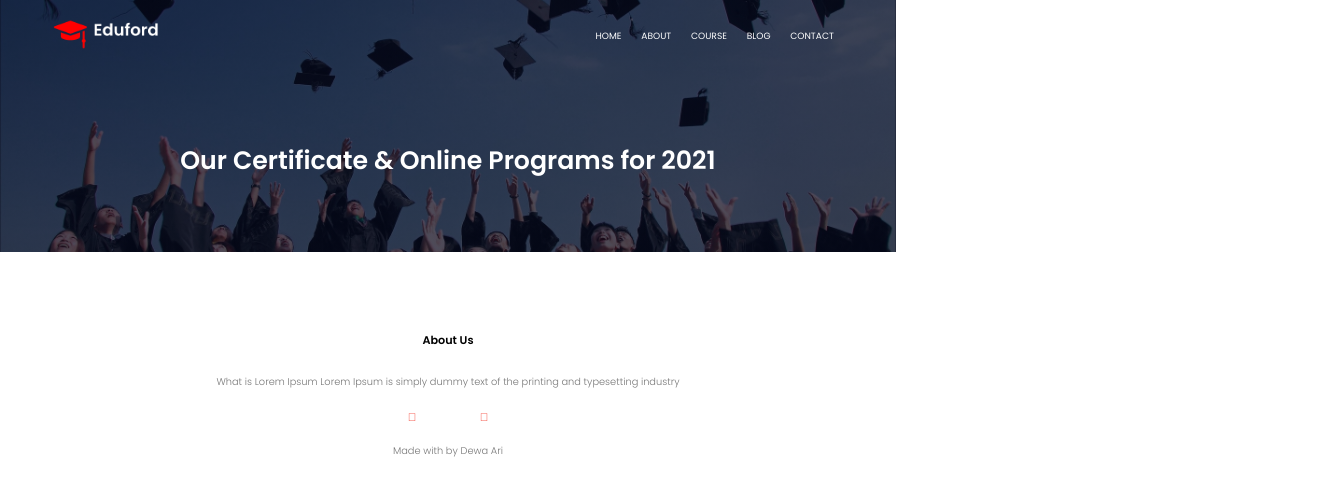
Repository: dewaary/company-profile
Page: blog.html
The author's editor kept a copy of each file at every save. The page is drawn from the files as they stood at one save, then again after the next save.
The browser window is 1280 px wide. The page is 1280 px wide, then 1920 px, so the pictures cover 1920 px, including what lies to the right of the window. The pictures show the part of the page from y = 0 to 1280 px (the page is 720 px tall before and 2014 px after), at 70% of full size.

Above is the page before, as saved 2021-05-07 23:45:09.

### blog.html
<!DOCTYPE html>
<html lang="en">

<head>
    <meta charset="UTF-8" />
    <meta http-equiv="X-UA-Compatible" content="IE=edge" />
    <meta name="viewport" content="width=device-width, initial-scale=1.0" />
    <title>University Website Design</title>
    <link rel="stylesheet" href="style.css" />
    <link rel="preconnect" href="https://fonts.gstatic.com" />
    <link href="https://fonts.googleapis.com/css2?family=Poppins:wght@200;300;400;600;700&display=swap"
        rel="stylesheet" />
    <link rel="stylesheet"
        href="https://cdn.jsdelivr.net/npm/@fortawesome/fontawesome-free@5.15.3/css/fontawesome.min.css" />
</head>

<body>
    <section class="sub-header">
        <nav>
            <a href="index.html"><img src="images/logo.png" /></a>
            <div class="nav-links" id="navLinks">
                <i class="fa fa-times" onclick="hideMenu()"></i>
                <ul>
                    <li><a href="">HOME</a></li>
                    <li><a href="">ABOUT</a></li>
                    <li><a href="">COURSE</a></li>
                    <li><a href="">BLOG</a></li>
                    <li><a href="">CONTACT</a></li>
                </ul>
            </div>
            <i class="fa fa-bars" onclick="showMenu()"></i>
        </nav>
        <h1>Our Certificate & Online Programs for 2021</h1>
    </section>

    <section class="blog-content">
        <div class="row">
            <div class="blog-left">

            </div>
            <div class="blog-right"></div>
        </div>
    </section>

    <section class="footer">
        <h4>About Us</h4>
        <p>
            What is Lorem Ipsum Lorem Ipsum is simply dummy text of the printing and
            typesetting industry
        </p>
        <div class="icons">
            <i class="fa fa-facebook"></i>
            <i class="fa fa-Twitter"></i>
            <i class="fa fa-Instagram"></i>
            <i class="fa fa-linkedin"></i>
        </div>
        <p>Made with <i class="fa fa-heart-0"></i>by Dewa Ari</p>
    </section>

    <!---- Javascript for Toggle Menu ---->
    <script>
        var navLinks = document.getElementById("navLinks");

        function showMenu() {
            navLinks.style.right = "0";
        }
        function hideMenu() {
            navLinks.style.right = "-200px";
        }
    </script>
</body>

</html>

### style.css
* {
  margin: 0;
  padding: 0;
  font-family: "Poppins", sans-serif;
}

.header {
  min-height: 100vh;
  width: 100%;
  background-image: linear-gradient(rgba(4, 9, 30, 0.7), rgba(4, 9, 30, 0.7)),
    url(images/banner.png);
  background-position: center;
  background-size: cover;
  position: relative;
}

nav {
  display: flex;
  padding: 2% 6%;
  justify-content: space-between;
  align-items: center;
}

nav img {
  width: 150px;
}

.nav-links {
  flex: 1;
  text-align: right;
}

.nav-links ul li {
  list-style: none;
  display: inline-block;
  padding: 8px 12px;
  position: relative;
}

.nav-links ul li a {
  color: #fff;
  text-decoration: none;
  font-size: 13px;
}

.nav-links ul li::after {
  content: "";
  width: 0%;
  height: 2px;
  background: #f44336;
  display: block;
  margin: auto;
  transition: 0.5s;
}

.nav-links ul li:hover::after {
  width: 100%;
}

.text-box {
  width: 90%;
  color: #fff;
  position: absolute;
  top: 50%;
  left: 50%;
  transform: translate(-50%, -50%);
  text-align: center;
}

.text-box h1 {
  font-size: 62px;
}

.text-box p {
  margin: 10px 0 40px;
  font-size: 14px;
  color: #fff;
}

.hero-btn {
  display: inline-block;
  text-decoration: none;
  color: #fff;
  border: 1px solid #fff;
  padding: 12px 34px;
  font-size: 13px;
  background: transparent;
  position: relative;
  cursor: pointer;
}

.hero-btn:hover {
  border: 1px solid #f44336;
  background: #f44336;
  transition: 1s;
}

nav .fa {
  display: none;
}

@media (max-width: 700px) {
  .text-box h1 {
    font-size: 20px;
  }

  .nav-links ul li {
    display: block;
  }
  .nav-links {
    position: absolute;
    background: #f44336;
    height: 100vh;
    width: 200px;
    top: 0;
    right: -200px;
    text-align: left;
    z-index: 2;
    transition: 1s;
  }

  nav .fa {
    display: block;
    color: #fff;
    margin: 10px;
    font-size: 22px;
    cursor: pointer;
  }

  .nav-links ul {
    padding: 30px;
  }
}

/*---- Course ------ */

.course {
  width: 80%;
  margin: auto;
  text-align: center;
  padding-top: 100px;
}

h1 {
  font-size: 36px;
  font-weight: 600;
}

p {
  color: #777;
  font-size: 14px;
  font-weight: 300;
  line-height: 22px;
  padding: 10px;
}

.row {
  margin-top: 5%;
  display: flex;
  justify-content: space-between;
}

.course-col {
  flex-basis: 31%;
  background: #fff3f3;
  border-radius: 10px;
  margin-bottom: 5%;
  padding: 20px 12px;
  box-sizing: border-box;
  transition: 0.5s;
}

h3 {
  text-align: center;
  font-weight: 600;
  margin: 10px 0;
}

.course-col:hover {
  box-shadow: 0 0 20px 0px rgba(0, 0, 0, 0.2);
}

@media (max-width: 700px) {
  .row {
    flex-direction: column;
  }
}

.campus {
  width: 80%;
  margin: auto;
  text-align: center;
  padding-top: 50px;
}

.campus-col {
  flex-basis: 32%;
  border-radius: 10px;
  margin-bottom: 30px;
  position: relative;
  overflow: hidden;
}
.campus-col img {
  width: 100%;
  display: block;
}

.layer {
  background: transparent;
  height: 100%;
  width: 100%;
  position: absolute;
  top: 0;
  left: 0;
  transition: 0.5s;
}

.layer:hover {
  background: rgba(226, 0, 0, 0.7);
}

.layer h3 {
  width: 100%;
  font-weight: 500;
  color: #fff;
  font-size: 26px;
  bottom: 0;
  left: 50%;
  transform: translateX(-50%);
  position: absolute;
  transition: 0.5s;
}

.layer:hover h3 {
  bottom: 49%;
  opacity: 1;
}

.facilities {
  width: 80%;
  margin: auto;
  text-align: center;
  padding-top: 100px;
}

.facilities-col {
  flex-basis: 31%;
  border-radius: 10px;
  margin-bottom: 5%;
  text-align: left;
}

.facilities-col img {
  width: 100%;
  border-radius: 10px;
}

.facilities-col p {
  padding: 0%;
}

.facilities-col h3 {
  margin-top: 16px;
  margin-bottom: 15px;
  text-align: left;
}

.testimonials {
  width: 80%;
  margin: auto;
  padding-top: 100px;
  text-align: center;
}

.testimonials-col {
  flex-basis: 44%;
  border-radius: 10px;
  margin-bottom: 5%;
  text-align: left;
  background: #fff3f3;
  padding: 25px;
  cursor: pointer;
  display: flex;
}

.testimonials-col img {
  height: 40px;
  margin-left: 5px;
  margin-right: 30px;
  border-radius: 50%;
}

.testimonials-col p {
  padding: 0;
}

.testimonials-col h3 {
  margin-top: 15px;
  text-align: left;
}

.testimonials-col .fa {
  color: #f44336;
}

@media (max-width: 700px) {
  .testimonials-col img {
    margin-left: 0px;
    margin-right: 15px;
  }
}

.cta {
  margin: 100px auto;
  width: 80%;
  background-image: linear-gradient(rgba(0, 0, 0, 0.7), rgba(0, 0, 0, 0.7)),
    url(images/banner2.jpg);
  background-position: center;
  background-size: cover;
  border-radius: 10px;
  text-align: center;
  padding: 100px 0;
}

.cta h1 {
  color: #fff;
  margin-bottom: 40px;
  padding: 0;
}

@media (max-width: 700px) {
  .cta h1 {
    font-size: 20px;
  }
}

.footer {
  width: 100%;
  text-align: center;
  padding: 30px 0;
}

.footer h4 {
  margin-bottom: 25px;
  margin-top: 20px;
  font-weight: 600;
}

.icons .fa {
  color: #f44336;
  margin: 0 13px;
  cursor: pointer;
  padding: 18px 0;
}

.fa-heart-0 {
  color: #f44336;
}

/*--------- About Us Page --------- */

.sub-header {
  height: 50vh;
  width: 100%;
  background-image: linear-gradient(rgba(4, 9, 30, 0.7), rgba(4, 9, 30, 0.7)),
    url(images/background.jpg);
  background-position: center;
  background-size: cover;
  text-align: center;
  color: #fff;
}

.sub-header h1{
  margin-top: 100px;
}

.about-us {
  width: 80%;
  margin: auto;
  padding-top: 80px;
  padding-bottom: 50px;
}

.about-col {
  flex-basis: 48%;
  padding: 30px 2px;
}

.about-col img{
  width: 100%;
}

.about-col h1{
  padding-top: 0;
}

.about-col p{
  padding: 15px 0 25px;
}

.red-btn {
  border: 1px solid #f44336;
  background: transparent;
  color: #f44336;
}

.red-btn:hover{
  color: #fff;
}

After the next save:
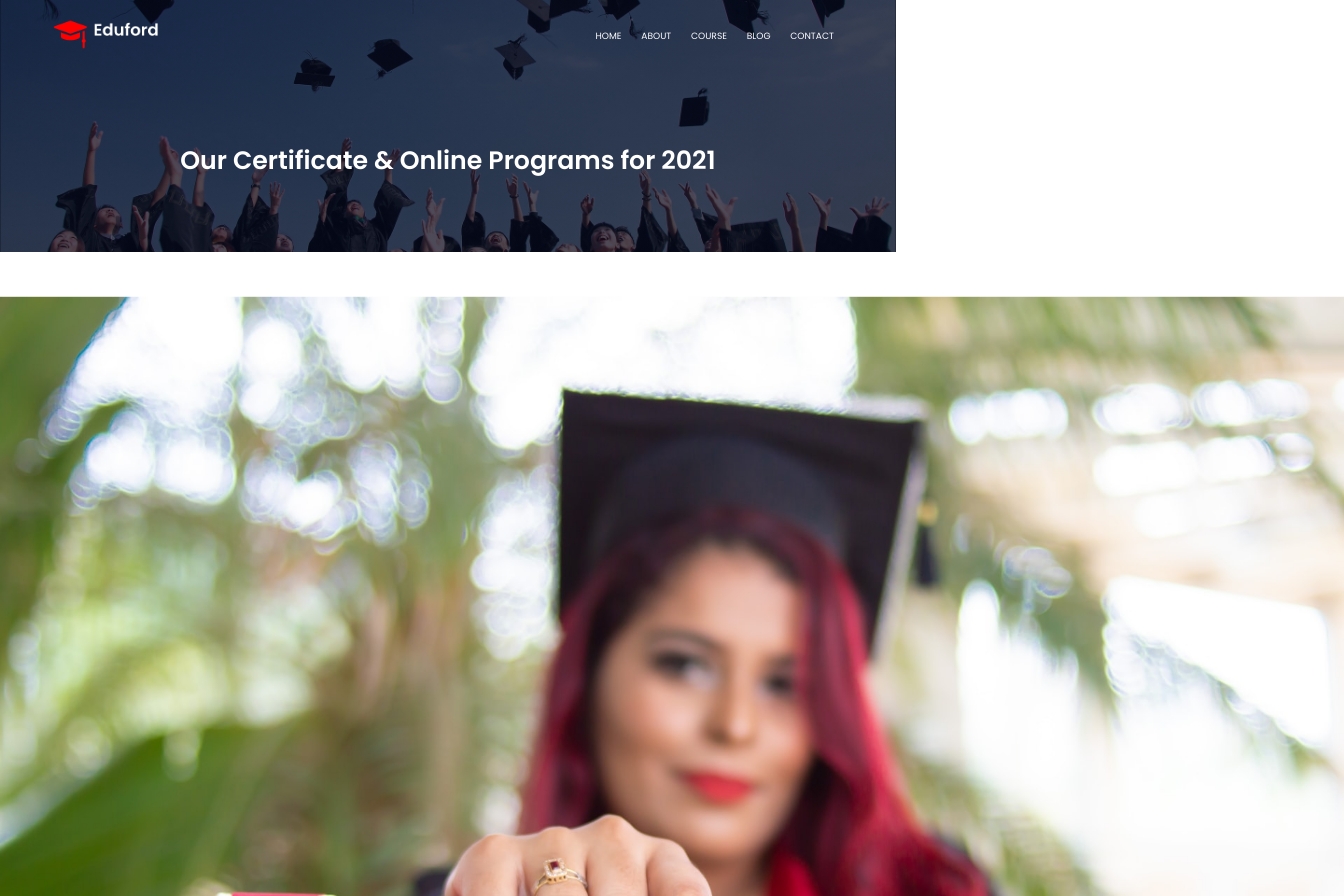
Saved 49 s later.
--- a/blog.html
+++ b/blog.html
@@ -36,7 +36,8 @@
     <section class="blog-content">
         <div class="row">
             <div class="blog-left">
-
+               <img src="images/certificate.jpg">
+               <h2>Our Certificate & Online Programs for 2021</h2>
             </div>
             <div class="blog-right"></div>
         </div>
